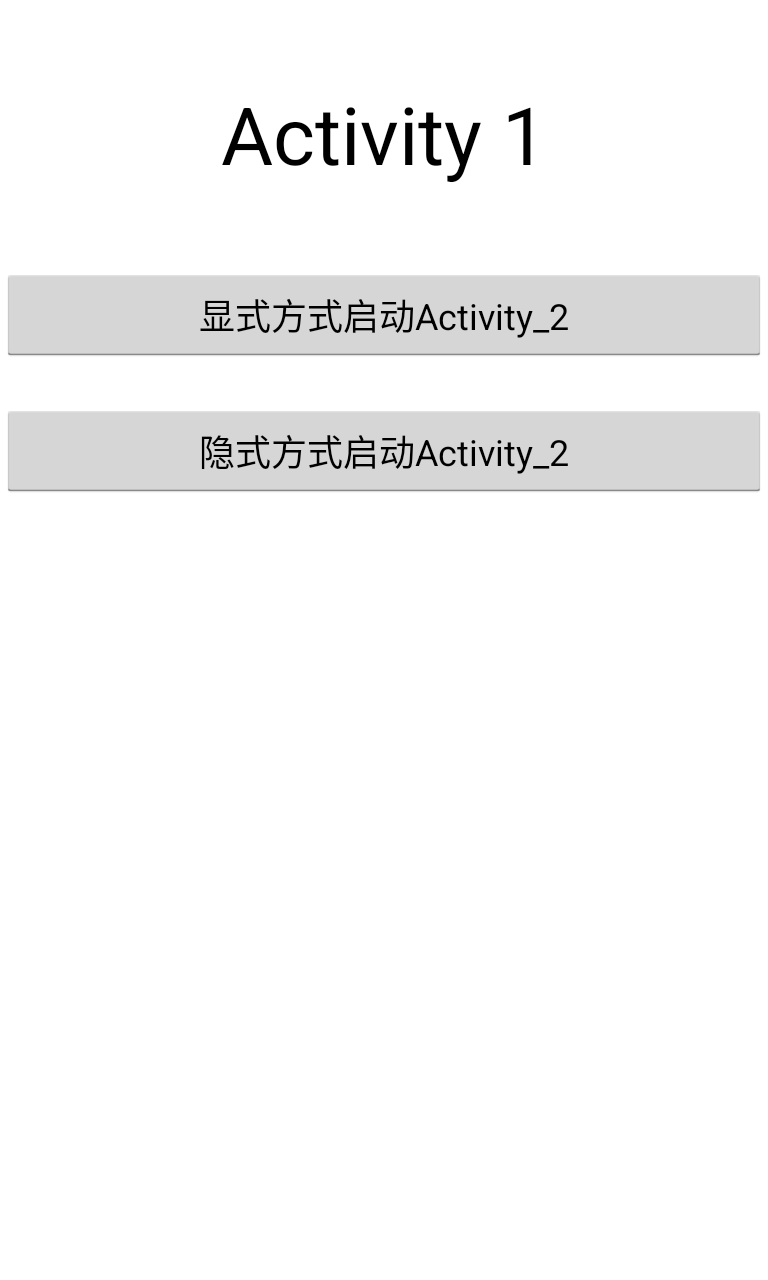
Repository: CiLiNet-Android/courseware
Layout: Android基本组件/Intent/SourceCodes/IntentDemo/res/layout/activity_1.xml
The author's editor kept a copy of each file at every save. The layout is drawn from the files as they stood at one save, then again after the next save.
It is drawn on a 768 x 1280 px phone screen (xhdpi) without system bars, with theme AppTheme; the app's code is not run.

Above is the layout before, as saved 2013-11-28 12:14:27.

### Android基本组件/Intent/SourceCodes/IntentDemo/res/layout/activity_1.xml
<?xml version="1.0" encoding="utf-8"?>
<LinearLayout xmlns:android="http://schemas.android.com/apk/res/android"
    android:layout_width="match_parent"
    android:layout_height="match_parent"
    android:orientation="vertical" >


    <TextView
        android:layout_width="match_parent"
        android:layout_height="wrap_content"
        android:textSize="40sp"
        android:text="@string/activity_1"
        android:id="@+id/txtV_activity_1"
        android:textColor="#000"
        android:gravity="center_horizontal"
        android:layout_marginTop="40dp"/>

    <Button
        android:layout_width="match_parent"
        android:layout_height="wrap_content"
        android:layout_marginTop="40dp"
        android:text="@string/start_activity_2_by_explicit"
        android:id="@+id/btn_start_activity_2_by_explicit"/>


    <Button
        android:layout_width="match_parent"
        android:layout_height="wrap_content"
        android:layout_marginTop="20dp"
        android:text="@string/start_activity_2_by_implicit"
        android:id="@+id/btn_start_activity_2_by_implicit"/>


</LinearLayout>

### Android基本组件/Intent/SourceCodes/IntentDemo/res/values/strings.xml
<resources>

    <string name="app_name">Intent Demo</string>

    <string name="activity_1">Activity 1</string>

    <string name="start_activity_2_by_explicit">显式方式启动Activity_2</string>
    <string name="start_activity_2_by_implicit">隐式方式启动Activity_2</string>

    <string name="activity_2">Activity 2</string>

    <string name="finish_activity_2">关闭Activity_2</string>

    <string name="activity_3">Activity_3</string>

    <string name="finish_activity_3">关闭Activity_3</string>

</resources>

Loaded but not shown: Android基本组件/Intent/SourceCodes/IntentDemo/res/values/styles.xml (common file); Android基本组件/Intent/SourceCodes/IntentDemo/res/values-v11/styles.xml (common file); Android基本组件/Intent/SourceCodes/IntentDemo/res/values-v14/styles.xml (common file)

After the next save:
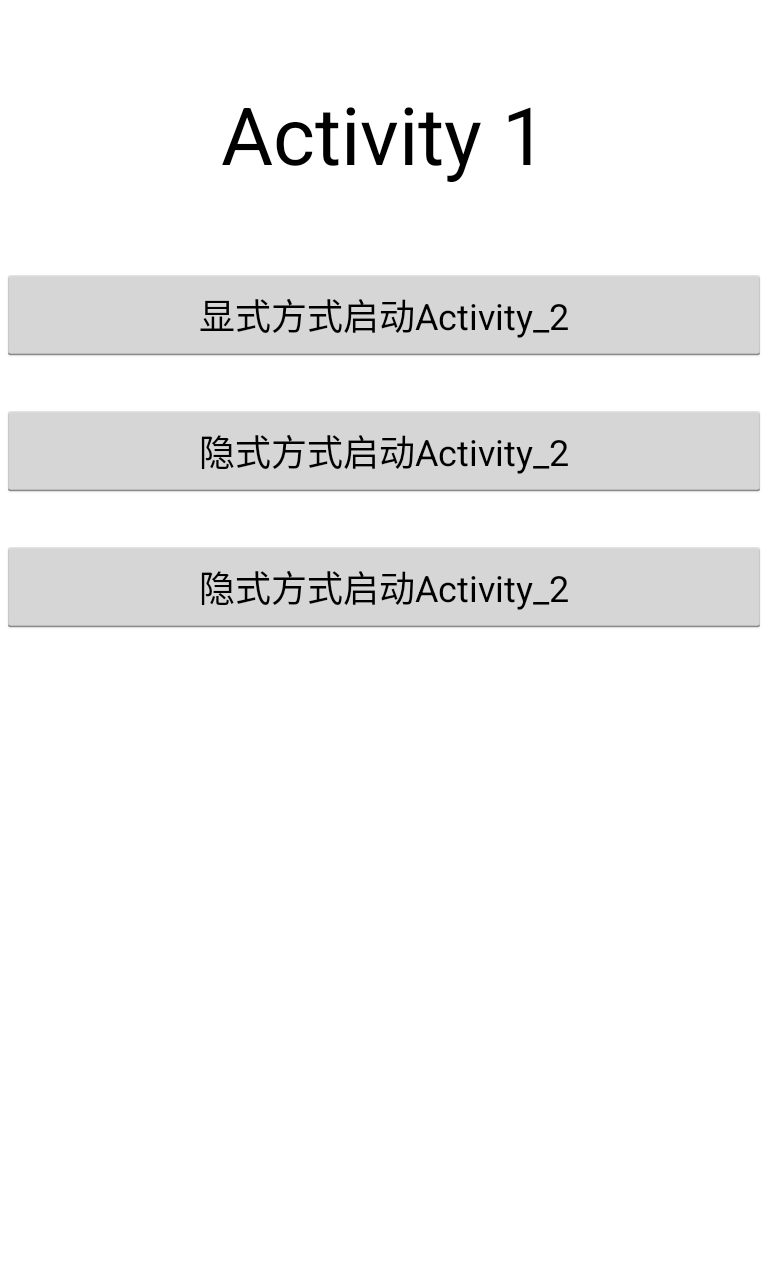
Saved 5 min 16 s later.
--- a/Android基本组件/Intent/SourceCodes/IntentDemo/res/layout/activity_1.xml
+++ b/Android基本组件/Intent/SourceCodes/IntentDemo/res/layout/activity_1.xml
@@ -30,5 +30,10 @@
         android:text="@string/start_activity_2_by_implicit"
         android:id="@+id/btn_start_activity_2_by_implicit"/>
 
-
+    <Button
+        android:layout_width="match_parent"
+        android:layout_height="wrap_content"
+        android:layout_marginTop="20dp"
+        android:text="@string/start_activity_2_by_implicit"
+        android:id="@+id/btn_start_activity_2_by_implicit"/>
 </LinearLayout>
